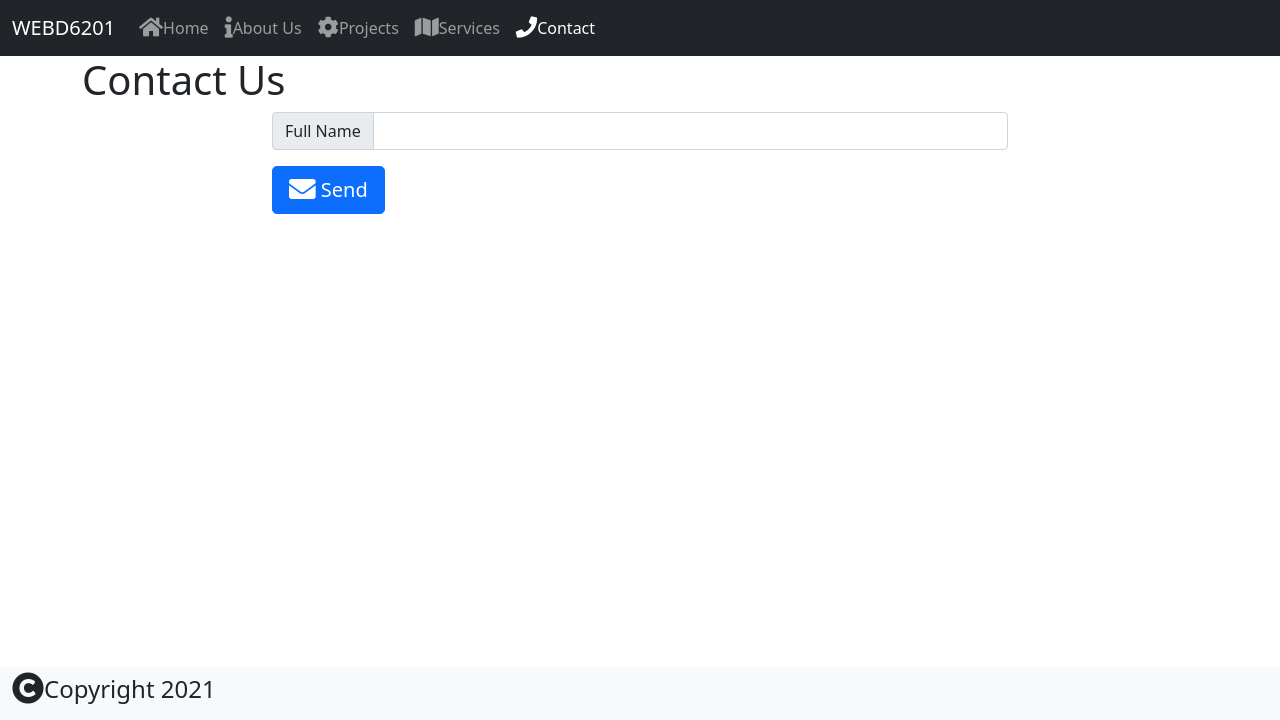
Repository: deividwsantoss/webd6201-W2021-ICE1
Page: contact.html
These files come from the project's save history. The page is drawn as it stood at one moment and after the next save; the edit follows.
The browser window is 1280 px wide. The pictures show the whole page.

Above is the page before, as saved 2021-02-02 13:04:43.

After the next save:
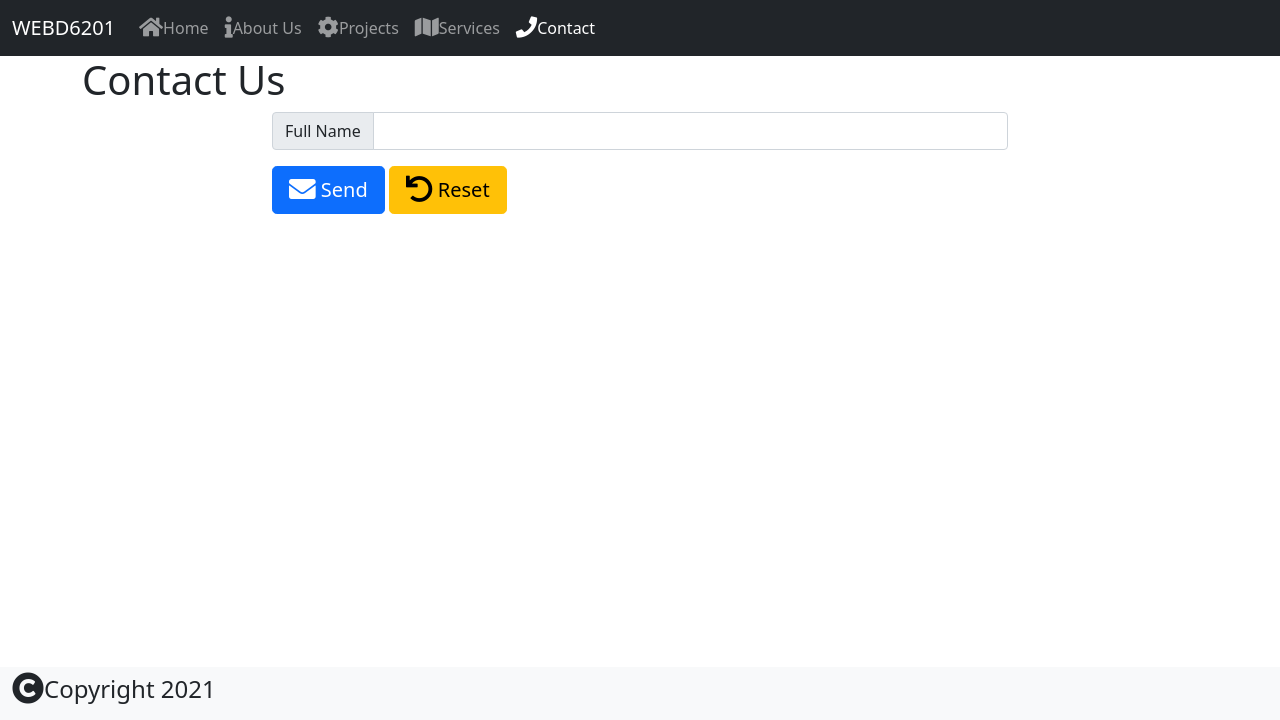
Saved 66 s later.
--- a/contact.html
+++ b/contact.html
@@ -59,6 +59,7 @@
           </div>
 
           <button type="submit" class="btn btn-primary btn-lg"><i class="fas fa-envelope fa-lg"></i>  Send</button>
+          <button type="reset" class="btn btn-warning btn-lg"><i class="fas fa-undo fa-lg"></i>  Reset</button>
         </form>
       </div>
     </main>
